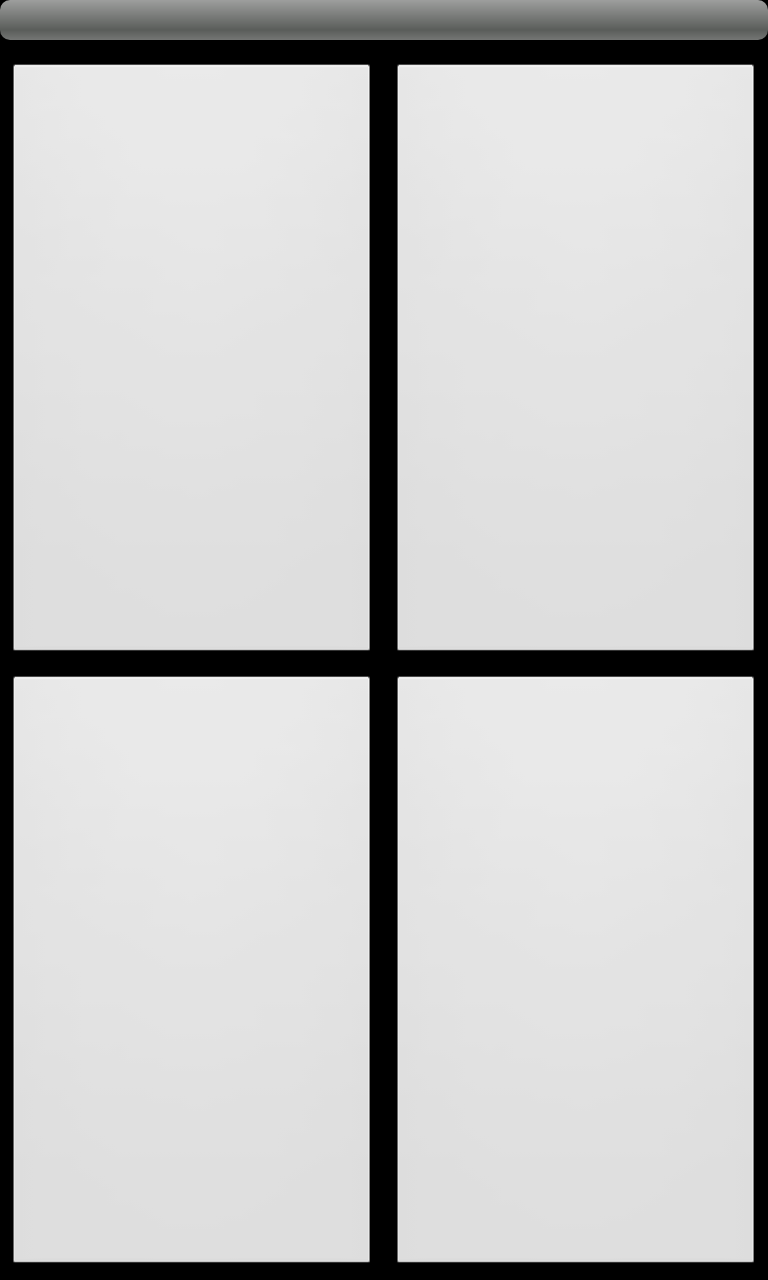
Repository: aster9725/HK-CityU-SummerExchange
Layout: Copy of WordQuiz/res/layout/activity_game.xml
An editor plug-in stored every save of this project. The layout is shown before and after the next save, followed by the edit.
It is drawn on a 768 x 1280 px phone screen (xhdpi) without system bars, with theme android:Theme; the app's code is not run.

Above is the layout before, as saved 2014-07-24 10:17:16.

After the next save:
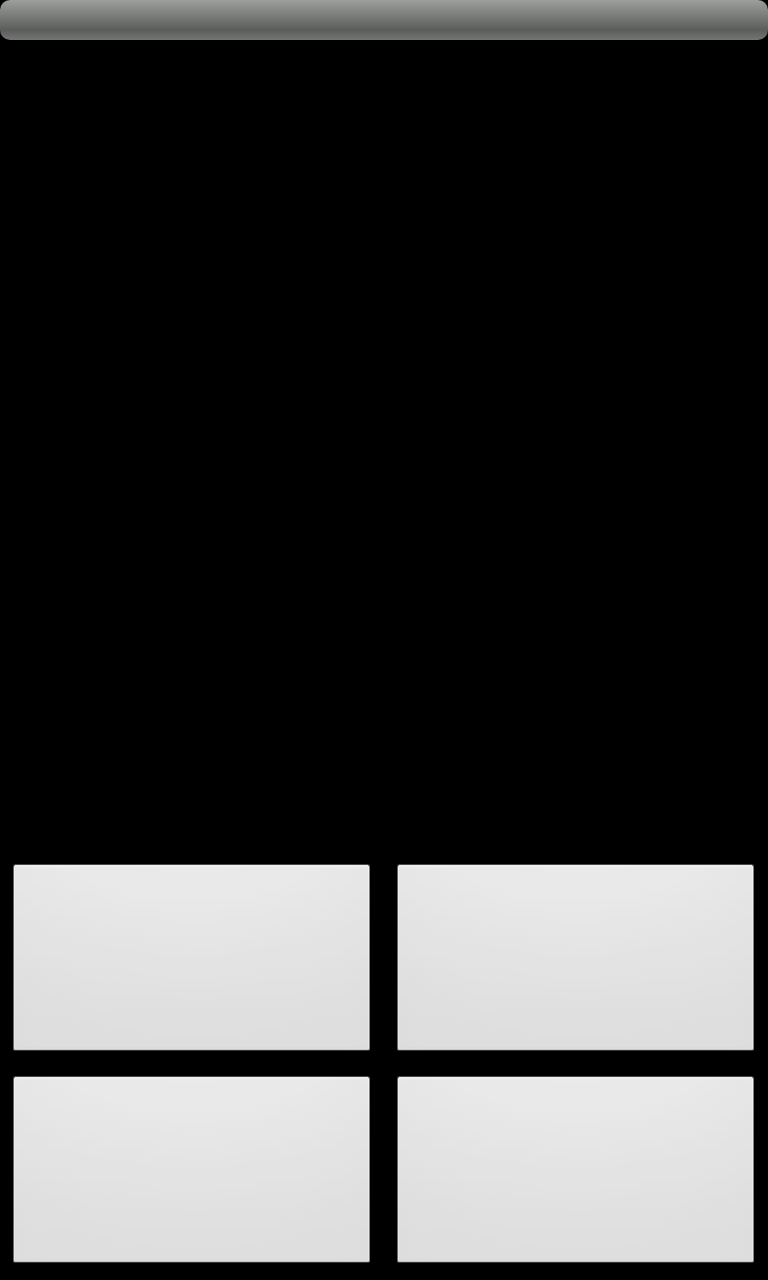
Saved 40 s later.
--- a/Copy of WordQuiz/res/layout/activity_game.xml
+++ b/Copy of WordQuiz/res/layout/activity_game.xml
@@ -28,7 +28,7 @@
         <ImageButton
             android:id="@+id/btnans1"
             android:layout_width="wrap_content"
-            android:layout_height="300sp"
+            android:layout_height="100sp"
             android:layout_gravity="center_vertical|center_horizontal"
             android:layout_margin="3sp"
             android:layout_weight="1"/>
@@ -36,7 +36,7 @@
         <ImageButton
             android:id="@+id/btnans2"
             android:layout_width="wrap_content"
-            android:layout_height="300sp"
+            android:layout_height="100sp"
             android:layout_gravity="center_vertical|center_horizontal"
             android:layout_margin="3sp"
             android:layout_weight="1"/>
@@ -53,7 +53,7 @@
         <ImageButton
             android:id="@+id/btnans3"
             android:layout_width="wrap_content"
-            android:layout_height="300sp"
+            android:layout_height="100sp"
             android:layout_gravity="center_vertical|center_horizontal"
             android:layout_margin="3sp"
             android:layout_weight="1"/>
@@ -61,7 +61,7 @@
         <ImageButton
             android:id="@+id/btnans4"
             android:layout_width="wrap_content"
-            android:layout_height="300sp"
+            android:layout_height="100sp"
             android:layout_gravity="center_vertical|center_horizontal"
             android:layout_margin="3sp"
             android:layout_weight="1"/>
